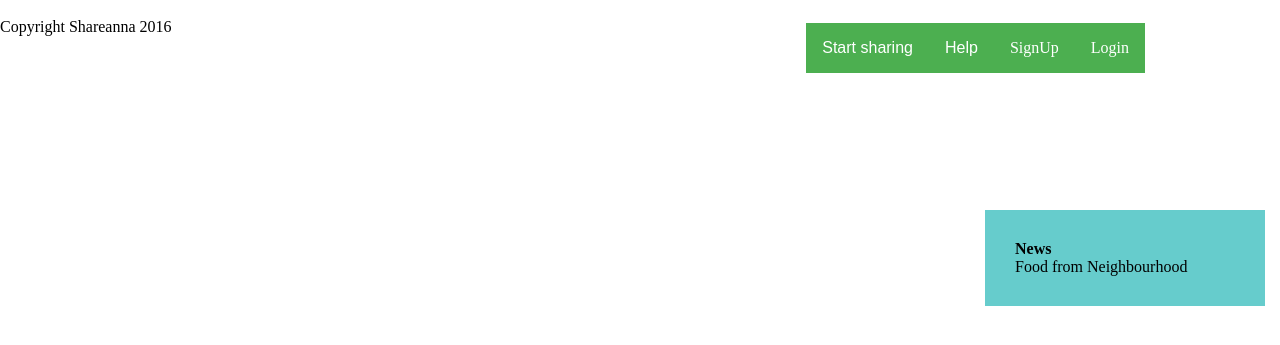
Repository: navigator007/shareanna
Page: practiceSpringMVC_1/src/main/webapp/home.html
The author's editor kept a copy of each file at every save. The page is drawn from the files as they stood at one save, then again after the next save.
The browser window is 1280 px wide. The pictures show the whole page.

Above is the page before, as saved 2016-08-20 23:53:21.

### practiceSpringMVC_1/src/main/webapp/home.html
<!DOCTYPE html>
<html lang="en">
<head>
<meta charset="UTF-8">
<title>take-away, food sharing</title>
<link rel="stylesheet" href="css/home.css">
<link rel="icon" href="images/logo.png">
</head>
<body>
<!--
	<div id="main_header">
		<header>
			<h1>Welcome to share anna</h1>
		</header>
	</div>
	-->
	<div id = "title_alignment">
	<ul>
	<li>

	</li>
	</ul>

	</div>
	<div>
		<ul class="menu_dropdown">
			<li>
				<div class="dropdown">
					<button class="dropbtn">Start sharing</button>
					<div class="dropdown-content">
						<a href="#">Share your dish and earn</a>
					</div>
				</div>
			</li>
			<li>
				<div class="dropdown">
					<button class="dropbtn">Help</button>
					<div class="dropdown-content">
						<a href="#">Getting started guide</a> <a href="#">How to place
							order</a> <a href="#">How price is determined</a> <a href="#">How
							payments are processed</a> <a href="#">How my dish reaches me?</a>
					</div>
				</div>
			</li>
			<li>
				<div class="dropdown_custom">
					<a href="#">SignUp</a>
				</div>
			</li>
			<li>
				<div class="dropdown_custom">
					<a href="#">Login</a>
				</div>
			</li>
		</ul>
	</div>
	<div id="section">
		<section>
			<aside>
				<h4>News</h4>
				Food from Neighbourhood
			</aside>
		</section>
	</div>
	<footer> Copyright Shareanna 2016 </footer>
</body>
</html>

### practiceSpringMVC_1/src/main/webapp/css/home.css
@CHARSET "UTF-8";
*{
	margin:0px;
	padding: 0px;
}
header ,section, footer, aside, nav, article, hgroup{
	display:block;
}
body{
	text-align:left;
}
#main_header{
	border: 1px solid black;
	width: 1000px;
	margin: 20px auto;
	background: none;
	text-decoration: blink;
}

#section{
	position: fixed;
	float: left;
	width: 220px;
	margin: 20px 0px;
	padding: 30px;
	background: #66cccc;
	top: 190px;
	right: 15px
}
/* Dropdown button section -- start */
.dropbtn {
    background-color: #4CAF50;
    color: white;
    padding: 16px;
    font-size: 16px;
    border: none;
    cursor: pointer;
}
.dropdown {
    position: relative;
    display: inline-block;
}
.dropdown-content {
    display: none;
    position: absolute;
    background-color: #f9f9f9;
    min-width: 130px;
    box-shadow: 0px 8px 16px 0px rgba(0,0,0,0.2);
}
.dropdown-content a {
    color: black;
    padding: 12px 16px;
    text-decoration: none;
    display: block;
}
.dropdown-content a:hover {background-color: #f1f1f1}

.dropdown:hover .dropdown-content {
    display: block;
}

.dropdown:hover .dropbtn {
    background-color: #3e8e41;
}
.menu_dropdown{
	margin: 0;
    padding: 5px;
    position: fixed;
    float: right;
    list-style-type: none;
    right: 130px;
}

.menu_dropdown li{
	float: left;
}
.menu_dropdown a{
	display: block;
	background-color: #dddddd;
}
.dropdown_custom{
	background-color: #4CAF50;
    padding: 16px;
    font-size: 16px;
    border: none;
    cursor: pointer;
    text-decoration: none;


}
.dropdown_custom a:hover, a:active {
background-color: #3e8e41;
}
.dropdown_custom a{
	text-decoration: none;
	background: none;
	color: black;
    display: block;
    color: white;
}

After the next save:
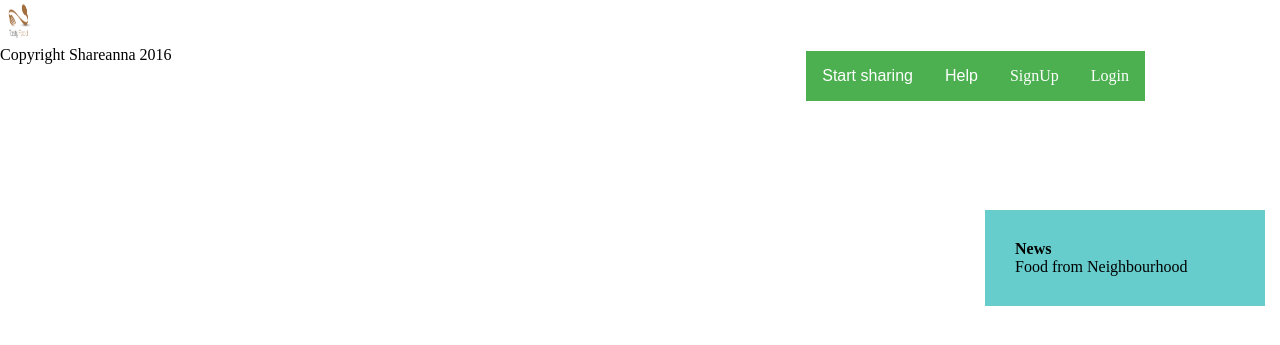
Saved 26 s later.
--- a/practiceSpringMVC_1/src/main/webapp/home.html
+++ b/practiceSpringMVC_1/src/main/webapp/home.html
@@ -17,7 +17,7 @@
 	<div id = "title_alignment">
 	<ul>
 	<li>
-
+	<img src="images/logo.png" alt="Smiley face" height="42" width="42">
 	</li>
 	</ul>
 
